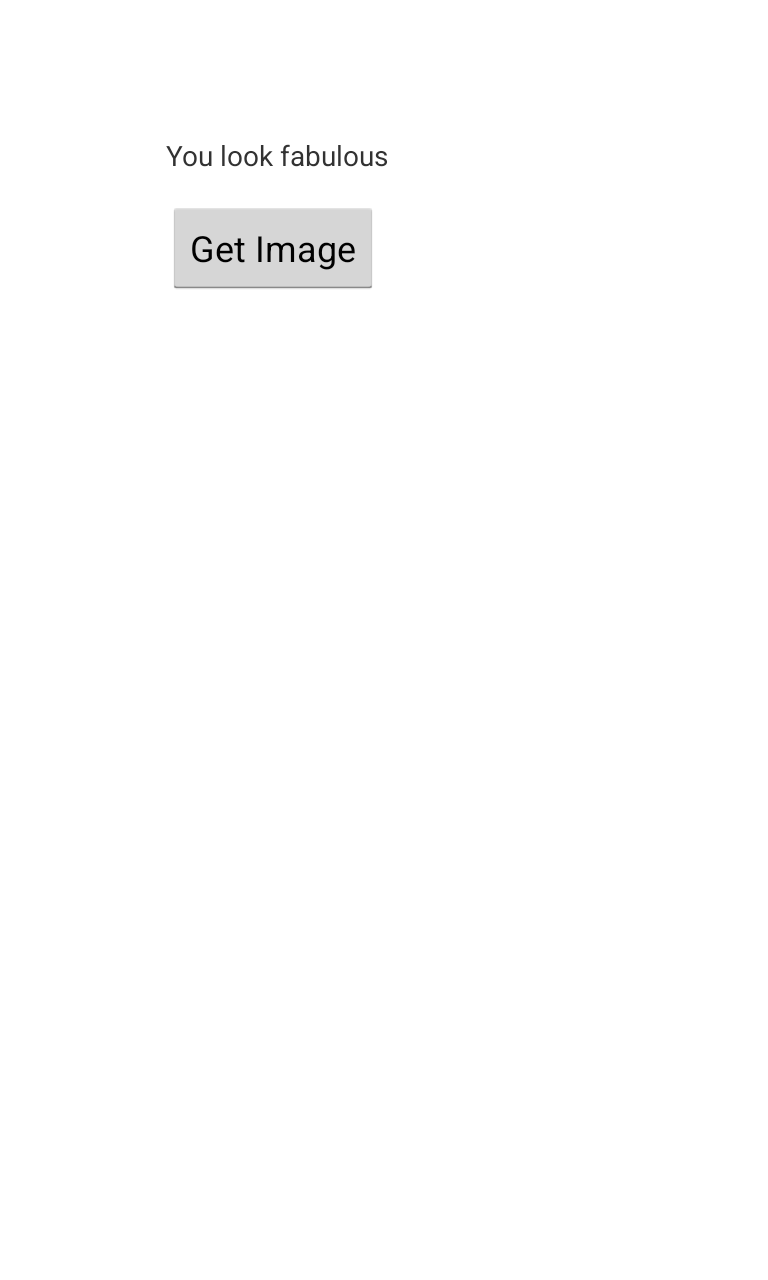
Repository: rtyanas/MyPics
Layout: workspace/MyPic/res/layout/activity_main.xml
The author's editor kept a copy of each file at every save. The layout is drawn from the files as they stood at one save, then again after the next save.
It is drawn on a 768 x 1280 px phone screen (xhdpi) without system bars, with theme AppTheme; the app's code is not run.

Above is the layout before, as saved 2013-12-12 22:13:09.

### workspace/MyPic/res/layout/activity_main.xml
<RelativeLayout xmlns:android="http://schemas.android.com/apk/res/android"
    xmlns:tools="http://schemas.android.com/tools"
    android:id="@+id/main_layout"
    android:layout_width="match_parent"
    android:layout_height="match_parent"
    android:gravity="fill_vertical"
    android:paddingBottom="@dimen/activity_vertical_margin"
    android:paddingLeft="@dimen/activity_horizontal_margin"
    android:paddingRight="@dimen/activity_horizontal_margin"
    android:paddingTop="@dimen/activity_vertical_margin"
    tools:context=".MainActivity" >

    <RelativeLayout
        android:id="@+id/relativeLayout2"
        android:layout_width="wrap_content"
        android:layout_height="wrap_content"
        android:layout_marginLeft="67dp"
        android:layout_marginTop="52dp"
        android:gravity="top|bottom" >

        <TextView
            android:id="@+id/message_data"
            android:layout_width="wrap_content"
            android:layout_height="wrap_content"
            android:text="@string/fabulous" />

        <Button
            android:id="@+id/get_image_button"
            android:layout_width="wrap_content"
            android:layout_height="wrap_content"
            android:layout_marginTop="32dp"
            android:text="@string/get_image" />

    </RelativeLayout>

    <RelativeLayout
        android:id="@+id/relativeLayout1"
        android:layout_width="wrap_content"
        android:layout_height="wrap_content"
        android:layout_alignParentBottom="true"
        android:layout_centerHorizontal="true"
        android:layout_marginBottom="86dp" >

        <ImageView
            android:id="@+id/mypic"
            android:layout_width="wrap_content"
            android:layout_height="wrap_content"
            android:contentDescription="@string/my_pic_image"
          />
    </RelativeLayout>

</RelativeLayout>

### workspace/MyPic/res/values/strings.xml
<?xml version="1.0" encoding="utf-8"?>
<resources>

    <string name="app_name">MyPic</string>
    <string name="action_settings">Settings</string>
    <string name="hello_world">Hello world!</string>
    <string name="fabulous">You look fabulous</string>
    <string name="my_pic_image">myPic Image</string>
    <string name="get_image">Get Image</string>
    <string name="title_activity_get_image">GetImageActivity</string>

</resources>

Loaded but not shown: workspace/MyPic/res/values/styles.xml (common file); workspace/MyPic/res/values-v11/styles.xml (common file); workspace/MyPic/res/values-v14/styles.xml (common file); workspace/MyPic/res/values/dimens.xml (common file)

After the next save:
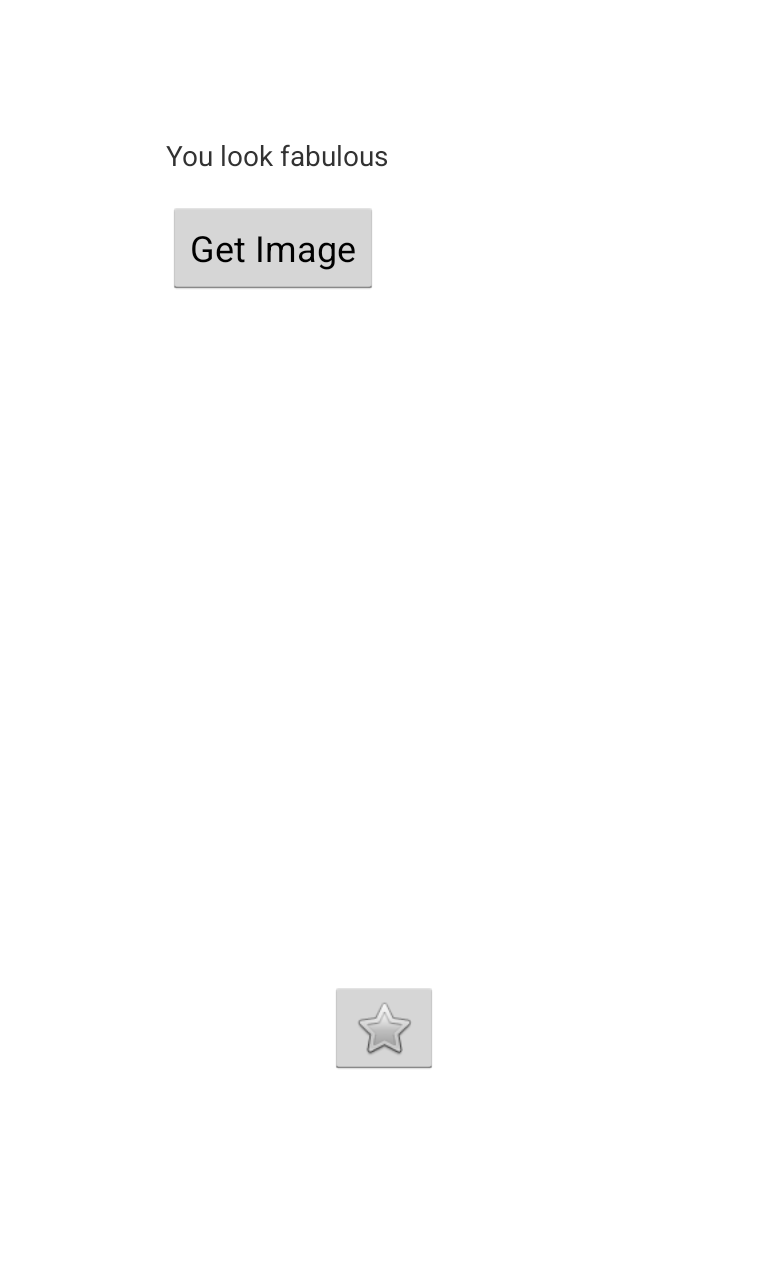
Saved 17 h 45 min later.
--- a/workspace/MyPic/res/layout/activity_main.xml
+++ b/workspace/MyPic/res/layout/activity_main.xml
@@ -41,6 +41,12 @@
         android:layout_centerHorizontal="true"
         android:layout_marginBottom="86dp" >
 
+        <ImageButton
+            android:id="@+id/myPicButton"
+            android:layout_width="wrap_content"
+            android:layout_height="wrap_content"
+            android:src="@android:drawable/btn_star" />
+
         <ImageView
             android:id="@+id/mypic"
             android:layout_width="wrap_content"

After the 2 saves that followed:
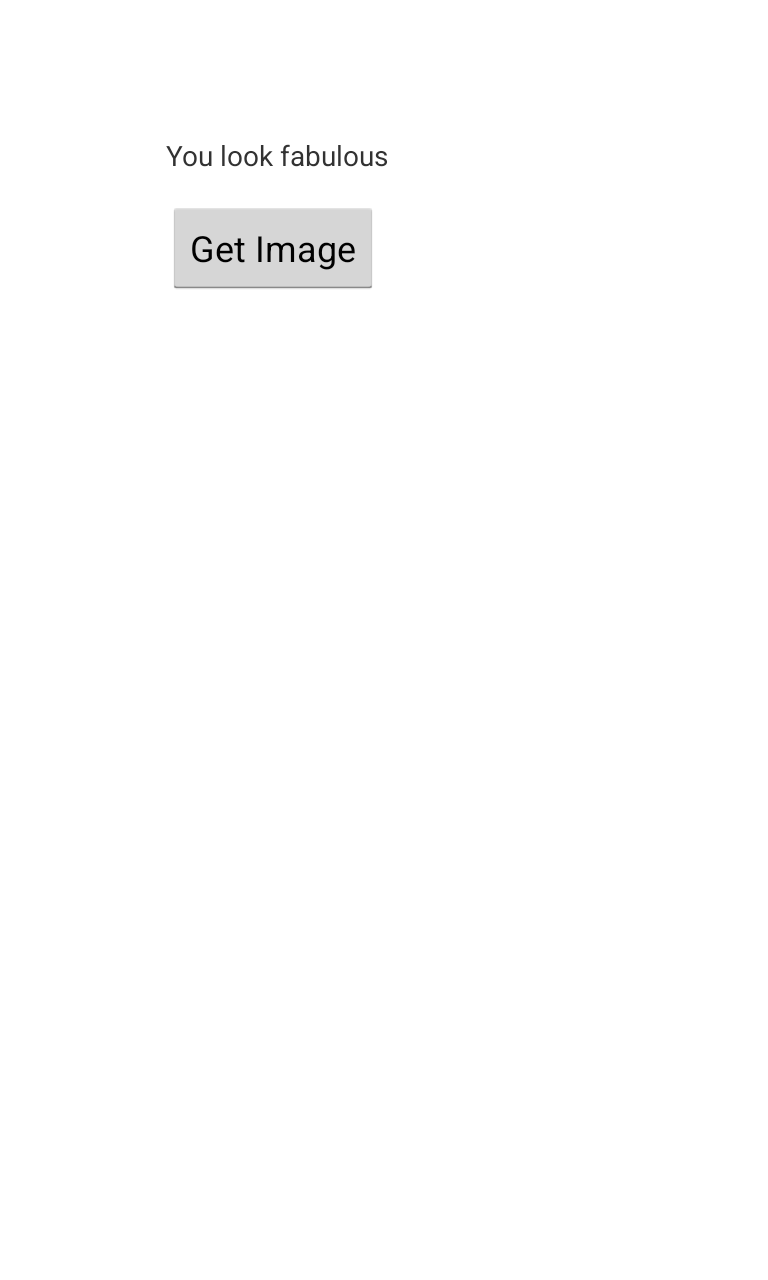
The 2 saves are shown as one change because 1 left the picture as it was.
The last was saved 8 min 34 s later.
--- a/workspace/MyPic/res/layout/activity_main.xml
+++ b/workspace/MyPic/res/layout/activity_main.xml
@@ -41,12 +41,6 @@
         android:layout_centerHorizontal="true"
         android:layout_marginBottom="86dp" >
 
-        <ImageButton
-            android:id="@+id/myPicButton"
-            android:layout_width="wrap_content"
-            android:layout_height="wrap_content"
-            android:src="@android:drawable/btn_star" />
-
         <ImageView
             android:id="@+id/mypic"
             android:layout_width="wrap_content"
